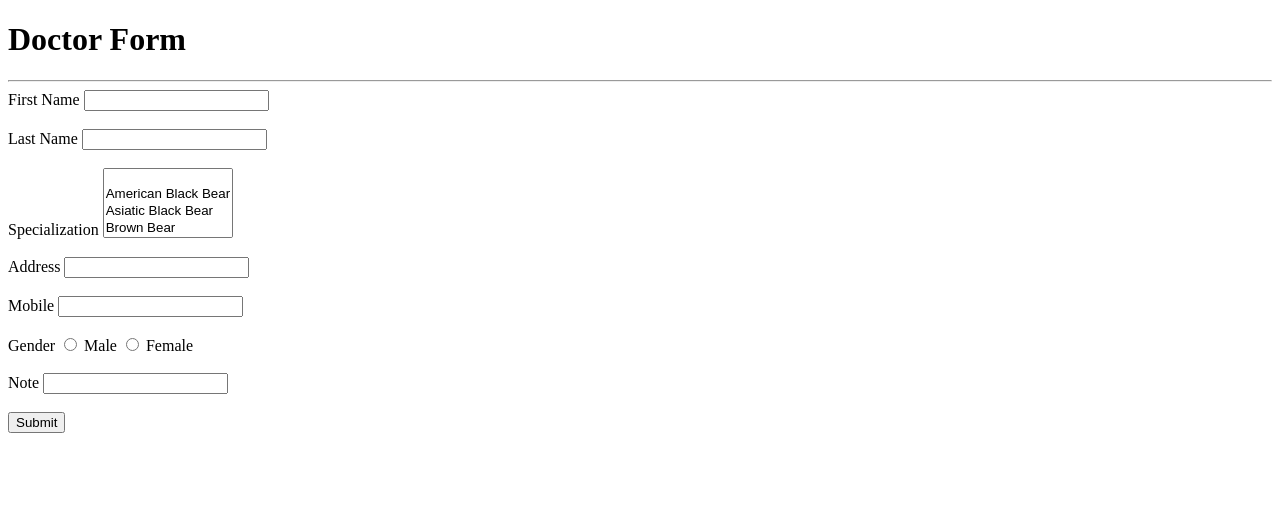
Repository: aayush105/Advance-Java
Page: http://localhost/Doctorpatient/Doctor.jsp
These files come from the project's save history. The page is drawn as it stood at one moment and after the next save; the edit follows.
The browser window is 1280 px wide. The pictures show the whole page.
The page is served by Tomcat 10.

Above is the page before, as saved 2023-07-20 10:48:00.

After the next save:
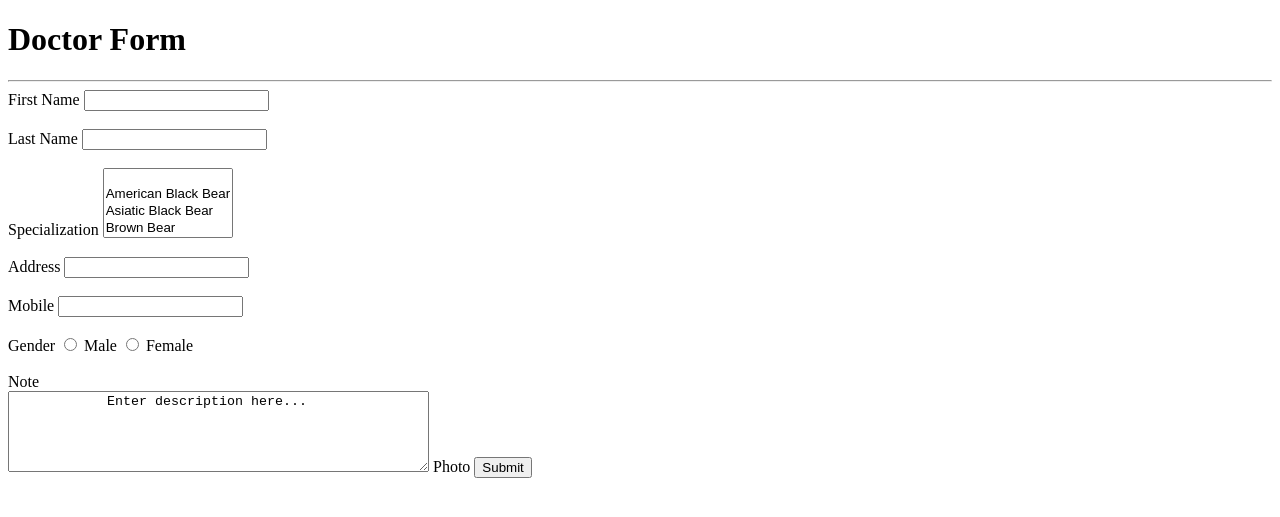
Saved 2 min 44 s later.
--- a/Doctorpatient/src/main/webapp/Doctor.jsp
+++ b/Doctorpatient/src/main/webapp/Doctor.jsp
@@ -30,7 +30,12 @@ Mobile <input type ="text" name ="mobile"><br><br>
 Gender <input type="radio" name="gender" value="male"> Male
 <input type="radio" name="gender" value="female"> Female
 <br><br>
-Note <input type ="text" name ="note"><br><br>
+Note <br />
+         <textarea rows = "5" cols = "50" name = "description">
+            Enter description here...
+         </textarea>
+Photo
+
   <input type="submit">
 
 </form>
